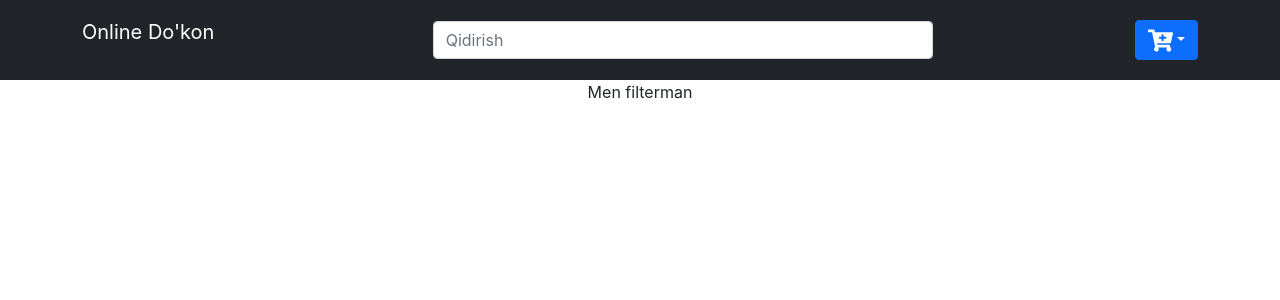
Repository: om1ars/shopping-cart
Page: /
These files come from the project's save history. The page is drawn as it stood at one moment and after a run of saves; the edit follows.
The browser window is 1280 px wide. The pictures show the whole page.
The project was rebuilt for these pictures with package versions that can differ from the ones it lists, and the page was loaded fresh each time.

Above is the page before, as saved 2021-10-06 17:09:54.

After the next 6 saves:
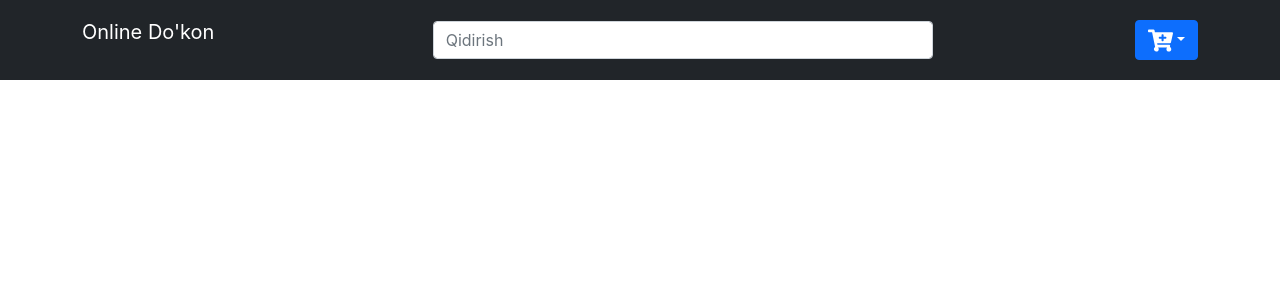
The 6 saves are shown as one change because they came seconds apart.
The last was saved 98 s later.
--- a/src/components/Filter.js
+++ b/src/components/Filter.js
@@ -2,8 +2,8 @@ import React from 'react'
 
 export const Filter = () => {
     return (
-        <div>
-            Men filterman
+        <div className='filter'>
+
         </div>
     )
 }
